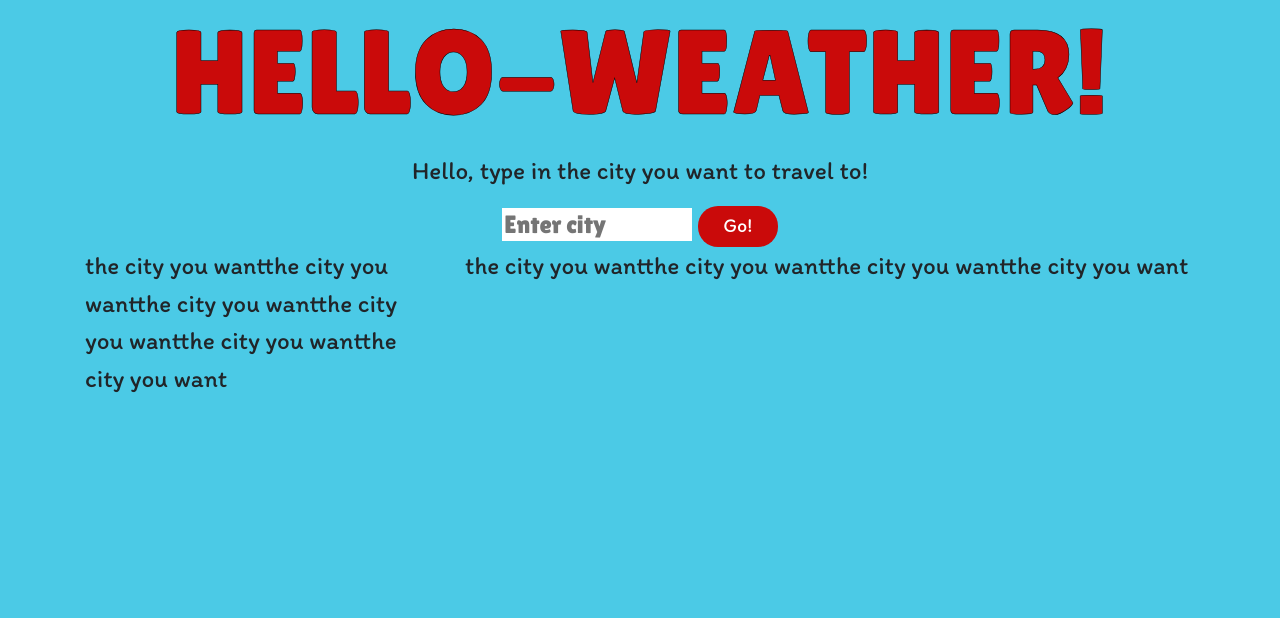
Repository: Jazinha/Hello-kitty-weather
Page: index.html
The author's editor kept a copy of each file at every save. The page is drawn from the files as they stood at one save, then again after the next save.
The browser window is 1280 px wide. The pictures show the whole page.
Some web libraries are served in a nearby version.

Above is the page before, as saved 2023-02-05 23:24:06.

### index.html
<!DOCTYPE html>
<html>

<head>
    <title>Hello-Weather!</title>
    <meta charset="utf-8">

    <link rel="preconnect" href="https://fonts.googleapis.com">
    <link rel="preconnect" href="https://fonts.gstatic.com" crossorigin>
    <link href="https://fonts.googleapis.com/css2?family=Itim&family=Lilita+One&display=swap" rel="stylesheet">
    <link rel="stylesheet" href="https://cdn.jsdelivr.net/npm/bootstrap@4.0.0/dist/css/bootstrap.min.css"
        integrity="sha384-Gn5384xqQ1aoWXA+058RXPxPg6fy4IWvTNh0E263XmFcJlSAwiGgFAW/dAiS6JXm" crossorigin="anonymous">
    <link rel="stylesheet" href="style.css">
</head>

<body>
    <div class="container-landing">
        <div id="home" class="flex-column flex-center"></div>
        <h1>HELLO-WEATHER!</h1>
        <p>Hello, type in the city you want to travel to!</p>
        <input id="initial" type="text" placeholder="Enter city">
        <a href="" class="btn">Go! </a>
    </div>

    <div class="container">
        <div class="row">
            <div class="col-4">
                the city you wantthe city you wantthe city you wantthe city you wantthe city you wantthe city you want
            </div>

            <div class="col-8">
                the city you wantthe city you wantthe city you wantthe city you want
            </div>
        </div>
    </div>

    <script src="https://code.jquery.com/jquery-3.2.1.slim.min.js"
        integrity="sha384-KJ3o2DKtIkvYIK3UENzmM7KCkRr/rE9/Qpg6aAZGJwFDMVNA/GpGFF93hXpG5KkN"
        crossorigin="anonymous"></script>
    <script src="https://cdn.jsdelivr.net/npm/popper.js@1.12.9/dist/umd/popper.min.js"
        integrity="sha384-ApNbgh9B+Y1QKtv3Rn7W3mgPxhU9K/ScQsAP7hUibX39j7fakFPskvXusvfa0b4Q"
        crossorigin="anonymous"></script>
    <script src="https://cdn.jsdelivr.net/npm/bootstrap@4.0.0/dist/js/bootstrap.min.js"
        integrity="sha384-JZR6Spejh4U02d8jOt6vLEHfe/JQGiRRSQQxSfFWpi1MquVdAyjUar5+76PVCmYl"
        crossorigin="anonymous"></script>
    <script src="script.js"></script>
</body>

</html>

### style.css
body {
    background-color: rgb(75, 202, 230);
    font-size: 25px;
    font-family: 'Itim', cursive;;
}

.container-landing {
    text-align: center;
    justify-content: center;
    /* background-image: ; */
}

h1 {
    font-size: 120px;
    font-family: 'Lilita One', cursive;
    color: rgb(202, 10, 10);
    -webkit-text-stroke: .5px black;
}

#initial {
    font-family: 'Lilita One', cursive;
    width: 190px;
    height: 33px;
    padding: 0px 2px;
    border: none;
}

.btn {
    border: 0;
    padding: 0px 20px;
    padding-top: 4px;
    padding-bottom: 7px;
    font-size: 20px;
    background-color:rgb(202, 10, 10);
    width: 80px;
    border-radius: 20px;
    color: #ffffff;
    text-align: center;
    text-decoration: none;
}


.btn:hover {
    background-color: rgb(217, 75, 98);
  }


/*This is for the forecast.html */


/* This code will do the magic. */
.days-week {
    display: flex;
    flex-flow: row wrap;
  }

  /* This code is just to style the inner div elements. */
  .day-week > div {
    background-color: #f1f1f1;
    width: 100px;
    margin: 10px;
    text-align: center;
    line-height: 75px;
    font-size: 30px;
  }

Loaded but not shown: script.js (no stored copy; drawn as an empty file)

After the next save:
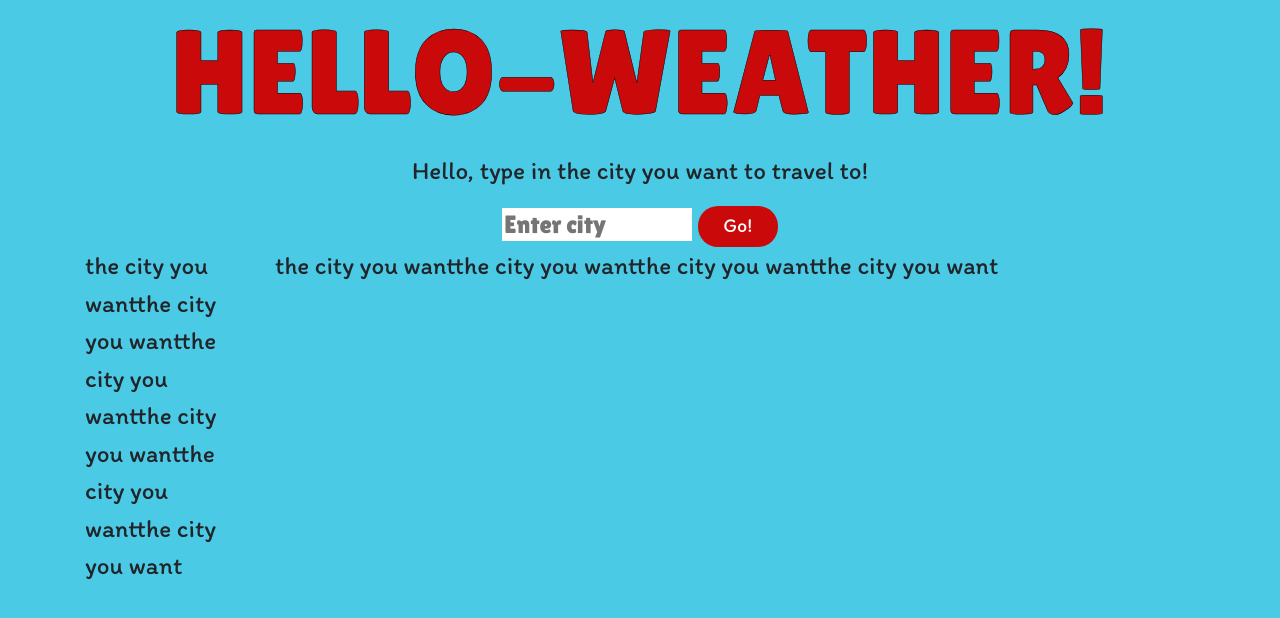
Saved 36 s later.
--- a/index.html
+++ b/index.html
@@ -24,11 +24,11 @@
 
     <div class="container">
         <div class="row">
-            <div class="col-4">
+            <div class="col-2">
                 the city you wantthe city you wantthe city you wantthe city you wantthe city you wantthe city you want
             </div>
 
-            <div class="col-8">
+            <div class="col-10">
                 the city you wantthe city you wantthe city you wantthe city you want
             </div>
         </div>

After the save that followed:
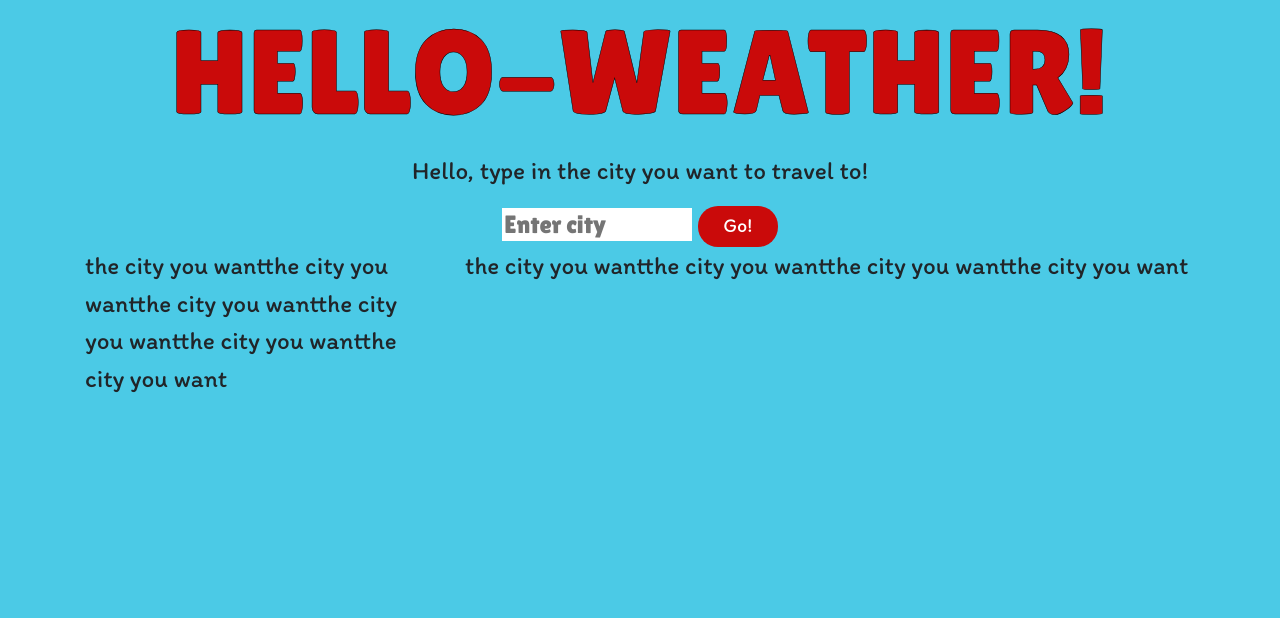
Saved 24 s later.
--- a/index.html
+++ b/index.html
@@ -24,11 +24,11 @@
 
     <div class="container">
         <div class="row">
-            <div class="col-2">
+            <div class="col-4">
                 the city you wantthe city you wantthe city you wantthe city you wantthe city you wantthe city you want
             </div>
 
-            <div class="col-10">
+            <div class="col-8">
                 the city you wantthe city you wantthe city you wantthe city you want
             </div>
         </div>
